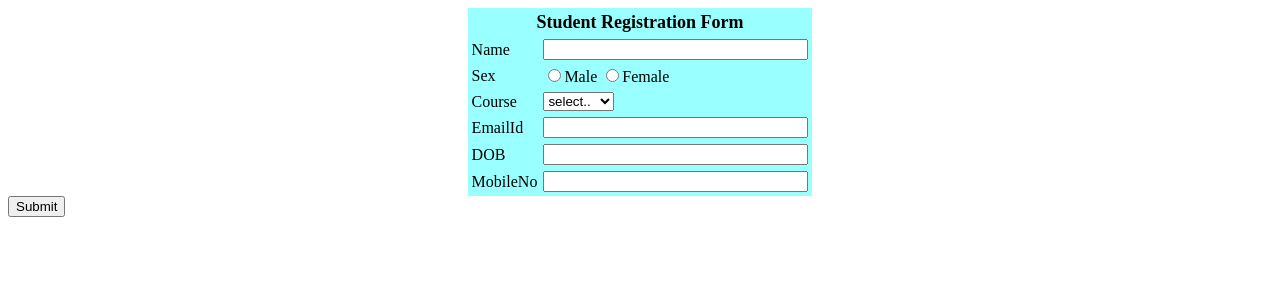
Repository: pradeep2793/DemoRepo
Page: http://localhost/GoogleLogin/WEB-INF/views/index.jsp
An editor plug-in stored every save of this project. The page is shown before and after the next save, followed by the edit.
The browser window is 1280 px wide. The pictures show the whole page.
The page is served by Tomcat 9. Nobody is signed in. The template is opened directly, without the code that normally fills it, so the values that code supplies are empty.

Above is the page before, as saved 2021-02-24 13:58:18.

After the next save:
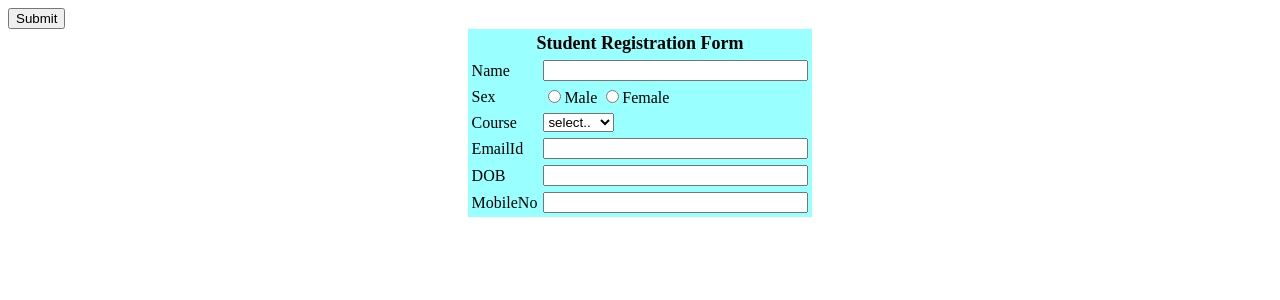
Saved 20 s later.
--- a/GoogleCaptcha/GoogleLogin/src/main/webapp/WEB-INF/views/index.jsp
+++ b/GoogleCaptcha/GoogleLogin/src/main/webapp/WEB-INF/views/index.jsp
@@ -54,8 +54,8 @@
 				<td>MobileNo</td>
 				<td><input type="text" name="mobileno" id="mobileno" size="30"></td>
 			</tr>
+			<input type="submit" value="Submit" />
 		</table>
-		<input type="submit" value="Submit" />
 	</form>
 </body>
 </html>
